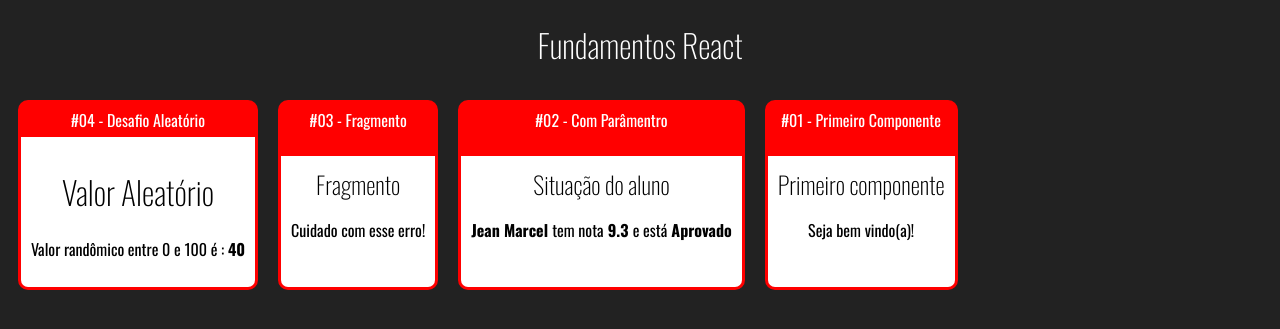
Repository: jean-siqueira/fundamentos-react
Page: /
These files come from the project's save history. The page is drawn as it stood at one moment and after a run of saves; the edit follows.
The browser window is 1280 px wide. The pictures show the whole page.
The project was rebuilt for these pictures with package versions that can differ from the ones it lists, and the page was loaded fresh each time.

Above is the page before, as saved 2023-03-04 12:22:18.

### public/index.html
<!DOCTYPE html>
<html lang="en">
  <head>
    <meta charset="utf-8" />
    <link rel="icon" href="%PUBLIC_URL%/favicon.ico" />
    <meta name="viewport" content="width=device-width, initial-scale=1" />
    <meta name="theme-color" content="#000000" />
    <meta
      name="description"
      content="Web site created using create-react-app"
    />
    <link rel="apple-touch-icon" href="%PUBLIC_URL%/logo192.png" />
    <link rel="manifest" href="%PUBLIC_URL%/manifest.json" />
    <link rel="preconnect" href="https://fonts.googleapis.com">
<link rel="preconnect" href="https://fonts.gstatic.com" crossorigin>
<link href="https://fonts.googleapis.com/css2?family=Oswald:wght@200;300;400;500;600;700&display=swap" rel="stylesheet">
    <title>React App</title>
  </head>
  <body>
    <noscript>You need to enable JavaScript to run this app.</noscript>
    <div id="root"></div>
  </body>
</html>

### src/index.js
import "./index.css";
import ReactDOM from "react-dom";
import React from "react";

import App from "./App";

const tag = <strong>Olá React</strong>;

ReactDOM.render(<App />, document.getElementById("root"));

### src/index.css
body {
    font-family: Oswald;
    background-color: #222;
    color: #fff;
    text-align: center;
}

h1, h2, h3 {
    font-weight: 200;
}

h2, h3 {
    margin: 0;
}

### src/App.jsx
import React from "react";

import Card from "./components/layout/Card";
import Primeiro from "./components/basicos/Primeiro";
import "./App.css"
import ComParametro from "./components/basicos/ComParametro";
import Fragmento from "./components/basicos/Fragmento";
import Aleatorio from "./components/basicos/Aleatorio";

export default (_) => (
  <div className="App">
    <h1>Fundamentos React</h1>

    <div className="Cards">
      <Card titulo="#04 - Desafio Aleatório">
        <Aleatorio min={0} max={100} />
      </Card>

      <Card titulo="#03 - Fragmento">
        <Fragmento />
      </Card>

      <Card titulo="#02 - Com Parâmentro">
        <ComParametro
          titulo="Situação do aluno"
          aluno="Jean Marcel"
          nota={9.3}
        />
      </Card>

      <Card titulo="#01 - Primeiro Componente">
        <Primeiro></Primeiro>
      </Card>
    </div>
  </div>
);

### src/components/layout/Card.jsx
import React from "react";
import "./Card.css";

export default (props) => {
  return (
    <div className="Card">
      <div className="Title">{props.titulo}</div>
      <div className="Content">{props.children}</div>
    </div>
  );
};

### src/components/basicos/Primeiro.js

import React from "react"

export default function Primeiro() {

    const msg = 'Seja bem vindo(a)!'

    return (
        <div>
            <h2>Primeiro componente</h2>
            <p>  {msg} </p>
        </div>
    )

}

### src/App.css
.App .Cards {
    display: flex;
}

### src/components/basicos/ComParametro.jsx
import React from "react";

export default function ComParametro(props) {
  const status = props.nota >= 7 ? "Aprovado" : "Recuperação";
  return (
    <div>
      <h2>{props.titulo}</h2>
      <p>
        <strong>{props.aluno} </strong>
        tem nota
        <strong> {props.nota} </strong>e está
        <strong> {status}</strong>
      </p>
    </div>
  );
}

### src/components/basicos/Fragmento.jsx
import React from "react";

export default function Fragmento(props) {
  return (
    <>
      <h2>Fragmento</h2>
      <p>Cuidado com esse erro!</p>
    </>
  );
}

### src/components/basicos/Aleatorio.jsx
import React from "react";

export default (props) => {
  const { min, max } = props;

  const valorRandomico = parseInt(Math.random() * (max - min)) + min;

  return (
    <div>
      <h1>Valor Aleatório</h1>
      <p>
        Valor randômico entre {min} e {max} é :{" "}
        <strong>{valorRandomico}</strong>
      </p>
    </div>
  );
};

### src/components/layout/Card.css
.Card {
    background-color: red;
    border-radius: 10px;
    overflow: hidden;
    border: 3px solid red;
    margin: 10px;

    display: flex;
    flex-direction: column;
}

.Card .Title {
    flex-grow: 1;
    padding: 5px 0px;
    display: flex;
    justify-content: center;
}

.Card .Content {
    flex-grow: 1;
    background-color: #fff;
    color: #000;
    padding: 10px;
}

After the next 3 saves:
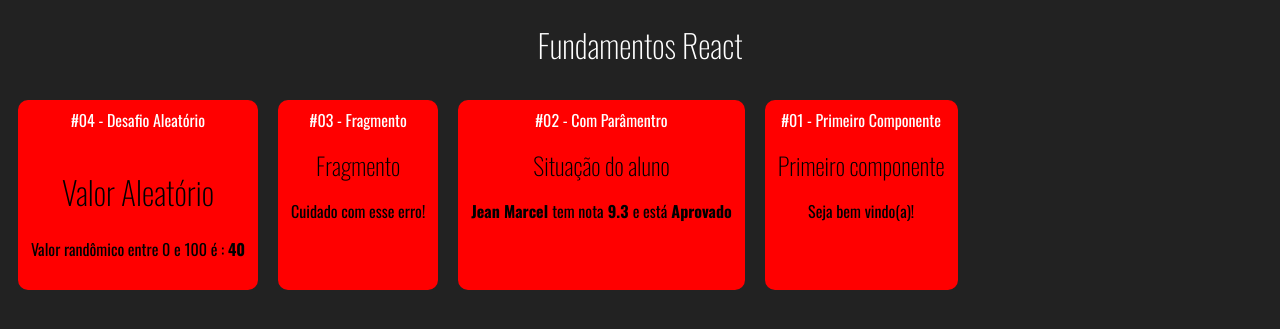
The 3 saves are shown as one change because they came seconds apart.
The last was saved 8 s later.
--- a/src/components/layout/Card.css
+++ b/src/components/layout/Card.css
@@ -10,14 +10,13 @@
 }
 
 .Card .Title {
-    flex-grow: 1;
     padding: 5px 0px;
     display: flex;
     justify-content: center;
 }
 
 .Card .Content {
-    flex-grow: 1;
+    flex-grow: 1; #
     background-color: #fff;
     color: #000;
     padding: 10px;
